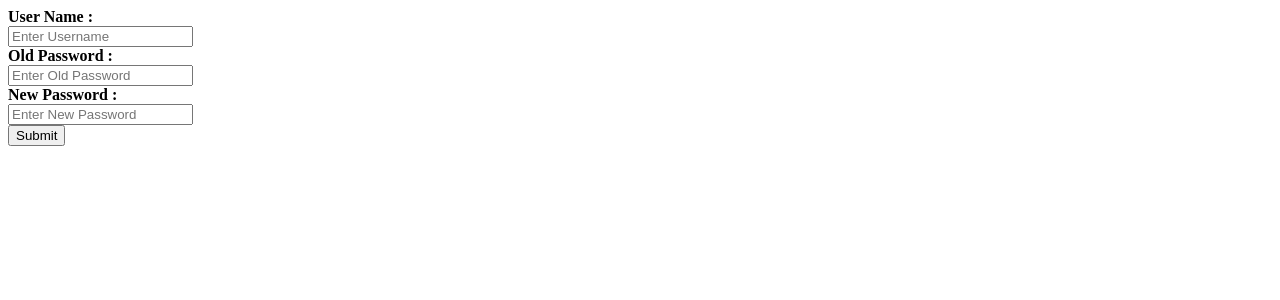
Repository: Shivani2392/FlyAwayProject
Page: http://localhost/FlightBookingPortal/ResetPassword.jsp
An editor plug-in stored every save of this project. The page is shown before and after the next save, followed by the edit.
The browser window is 1280 px wide. The pictures show the whole page.
The page is served by Tomcat 9. Other server files are loaded and not shown.

Above is the page before, as saved 2020-11-22 12:50:58.

### FlightBookingPortal/src/main/webapp/ResetPassword.jsp
<%@ page language="java" contentType="text/html; charset=ISO-8859-1"
    pageEncoding="ISO-8859-1"%>
<!DOCTYPE html>
<html>
<head>
<meta charset="ISO-8859-1">
<title>Insert title here</title>
</head>
<body>
<form action="ResetPassowrd" method="post">

 	  <label for="username"><b>User Name : </b></label><br>
      <input type="text" placeholder="Enter Username" name="username"><br>
      <label for="oldpassword"><b>Old Password : </b></label><br>
      <input type="text" placeholder="Enter Old Password" name="oldpassword"><br>
      <label for="newpassword"><b>New Password : </b></label><br>
      <input type="text" placeholder="Enter New Password" name="newpassword"><br>
      <input type="submit"/>
</form>



</form>
</body>
</html>

After the next save:
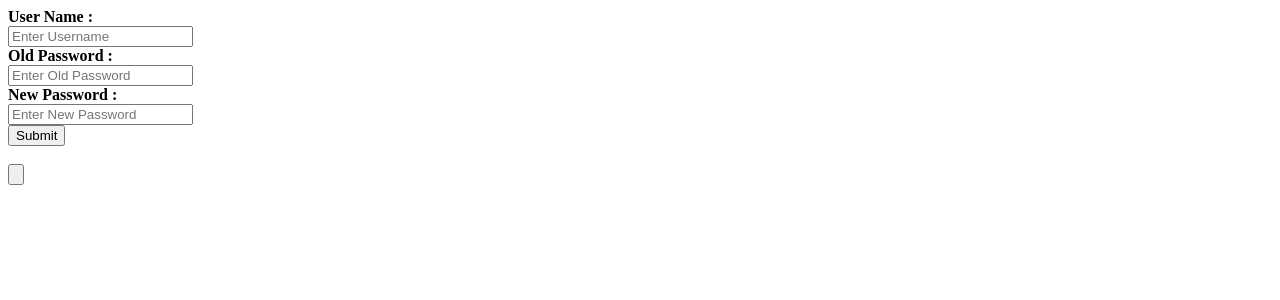
Saved 8 min 5 s later.
--- a/FlightBookingPortal/src/main/webapp/ResetPassword.jsp
+++ b/FlightBookingPortal/src/main/webapp/ResetPassword.jsp
@@ -17,7 +17,8 @@
       <input type="text" placeholder="Enter New Password" name="newpassword"><br>
       <input type="submit"/>
 </form>
-
+   <br>
+   <input type="button"/>
 
 
 </form>
